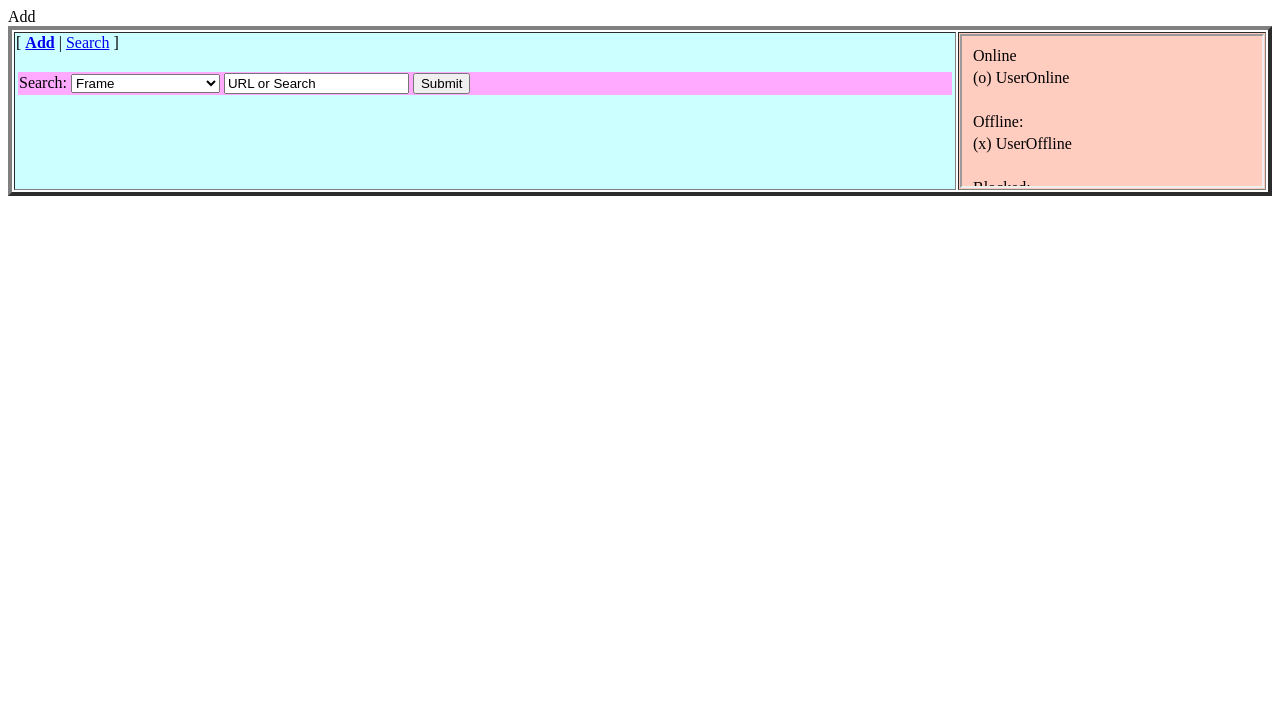
Repository: nevinleiby/SwapRC
Page: add_interface.html
An editor plug-in stored every save of this project. The page is shown before and after the next save, followed by the edit.
The browser window is 1280 px wide. The pictures show the whole page.

Above is the page before, as saved 2019-09-08 01:55:48.

### add_interface.html
<html>
    <title>
        Swap RC
    </title>
    <body>
            Add
            <br>
            <table border=4 width=100%>
                <tr border=4>
                    <td width = 80% border=2 bgcolor="#ccffff" valign=top>
                        [
                        <b><a href="./add_interface.html">Add</a></b> |
                        <a href="./search_interface.html">Search</a>
                        ]
                        <form>
                        <br>
                        <table width=100%>
                            <tr>
                                <td valign=top bgcolor="#ffaaff">
                                    Search:
                                    <select name="category">
                                            <option value = "frame">Frame</option>
                                            <option value = "fc">Flight Controller</option>
                                            <option value = "esc">ESC</option>
                                            <option value = "motor">Motors</option>
                                            <option value = "propeller">Propeller</option>
                                            <option value = "fpv_camera">FPV Camera</option>
                                            <option value = "transmitter">Transmitter</option>
                                            <option value = "antenna">Antenna</option>
                                            <option value = "vtx">VTX</option>
                                            <option value = "receiver">Receiver</option>
                                            <option value = "battery">Battery</option>
                                            <option value = "pdb">PDB</option>
                                            <option value = "hardware">Hardware</option>
                                            <option value = "3d_print">3D Prints</option>
                                            <option value = "goggles">FPV Goggles</option>
                                            <option value = "video_monitors">FPV Video Monitors</option>
                                            <option value = "video_receivers">FPV Video Receivers</option>
                                            <option value = "swag">Swag</option>
                                    </select>
                                    <input type=text name="Name" value = "URL or Search" >
                                    <input type=submit name="submit">


                                </td>

                            </tr>
                        </table>
                        </form>

                    </td>
                    <td border=2 bgcolor="ffccccc" valign=top>
                        <frameset>
                            <iframe src="./frame_users.html">
                        </frameset>
                    </td>
                </tr>
            </table>
    </body>

</html>

### frame_users.html
<html>
    <title>
        Users
    </title>
    <body>
        <table>
            <tr><td>Online</td></tr>
            <tr><td>(o) UserOnline</td></tr>

            <tr><td>&nbsp;</td></tr>
            <tr><td>Offline:</td></tr>
            <tr><td>(x) UserOffline</td></tr>

            <tr><td>&nbsp;</td></tr>
            <tr><td>Blocked:</td></tr>
            <tr><td>(b) UserBlocked</td></tr>

        </table>
    </body>
</html>

After the next save:
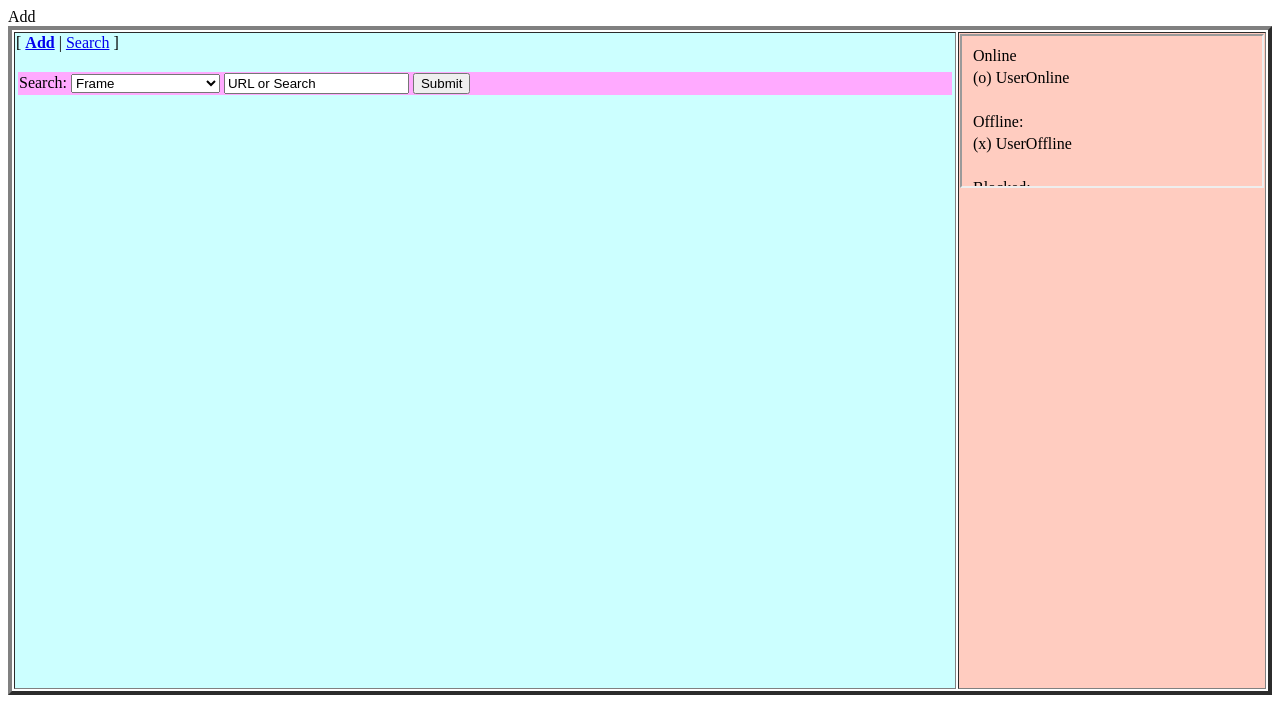
Saved 116 s later.
--- a/add_interface.html
+++ b/add_interface.html
@@ -5,7 +5,7 @@
     <body>
             Add
             <br>
-            <table border=4 width=100%>
+            <table border=4 width=100% height=95%>
                 <tr border=4>
                     <td width = 80% border=2 bgcolor="#ccffff" valign=top>
                         [
